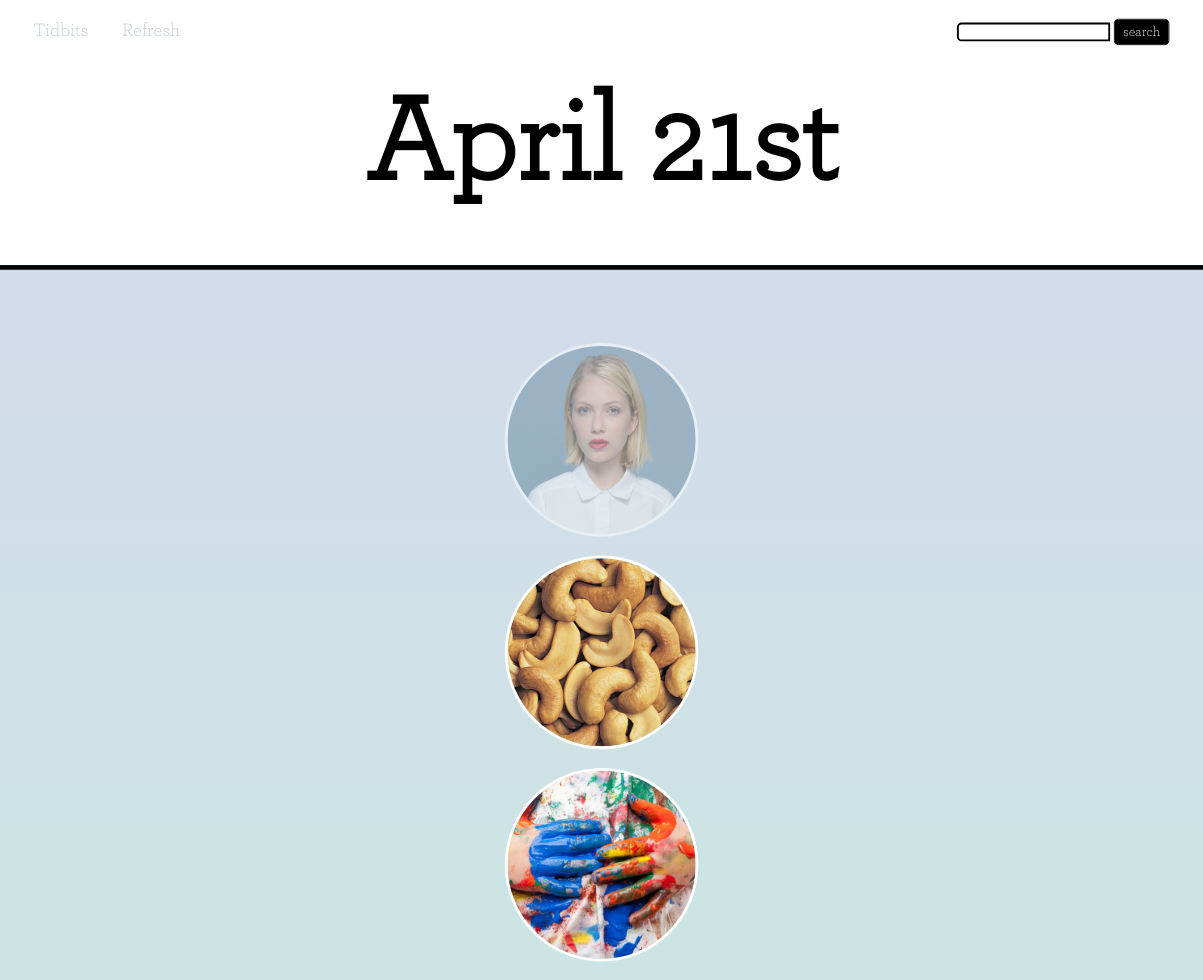
Repository: kklasmei/kklasmei.github.io
Page: tidbits/april21.html
The author's editor kept a record of every edit. The page is drawn from the files as they stood at one moment, then again after the next edit.
The browser window is 1280 px wide. The pictures show the whole page, at 94% of full size.
The pointer rests on the first visible `#tavi`.

Above is the page before.

### tidbits/april21.html
<html>
    <head>
        <title>April 21</title>
        <link rel="stylesheet" href="tidbits.css">
        <link rel="stylesheet" href="jstyle.css"/>
  <meta charset="utf-8">
    </head>
    <body>
     <div id= "top">
         <div id="search">
		<form id="searchbody" method="get" action="home.html">
		        <input type="text" class="bar" maxlength="70">
		        <input type="submit" value="search" class="button">
		</form>
		    	<p1><a href="home.html">Tidbits</a></p1>
		    	<p1><a href="april21.html">Refresh</a></p1>

	<div class="tfclear"></div>
	</div>
        <h1> April 21st </h1>
        <br>
        <br>
        <br>
        <hr>
        </div>
    	<br>

        <div class="imgs">
        </div>

    <div id= "tavitext">
        <p1>happy birthday</p1>
    </div>

    <script src="jquery.js"></script>
    <script src="script.js"></script>
    </body>
</html>

### tidbits/tidbits.css
@font-face {
  font-family: 'Archer-Light';
  src: url('Archer-Light/Archer-Light.eot?#iefix') format('embedded-opentype'),  url('Archer-Light/Archer-Light.otf')  format('opentype'),
	     url('Archer-Light/Archer-Light.woff') format('woff'), url('Archer-Light/Archer-Light.ttf')  format('truetype'), url('Archer-Light/Archer-Light.svg#Archer-Light') format('svg');
  font-weight: normal;
  font-style: normal;
}

h1 {
    text-align: center;
    font-size: 130px;
    padding-top: 10;
    margin-bottom: -10;
    margin-top: 0;
    font-family: 'Archer-Light';
    color: #000;
    cursor: default;
}

h2 {
    text-align: center;
    font-size: 14;
    font-family: 'Archer-Light';
    padding-bottom: 8;
    padding-top: -40;
    margin: 0;
    cursor: default;
}

body {
    margin: 0;
    padding: 0;
 background-image: no-repeat -webkit-gradient(linear, 0 0, 0 100%, from(#d6d7ed), to(#cbe5e3)) fixed center;
 background-image: -webkit-linear-gradient(#d6d7ed, #cbe5e3) fixed center;
 background-image: linear-gradient(#d6d7ed, #cbe5e3);
    background-repeat: no-repeat, no-repeat, no-repeat;
    background-position: center;
}


hr {
    margin-bottom: 40;
    width: 100%;
    color: #000;
    display: block;
    height: 5px;
    background-color: black;
    border: none;
}

#submit {
    text-align: center;
    border-radius: 8px;
}


.month, .day {
    display: inline;
}

.date {
    text-align: center;
}

#searchbody {
	float: right;
	padding-right: 2%;
	padding-top: 20px;
	margin-right: 10px;
}

option {
    font-size: 30px;
}

.bar {
		margin: 0;
		padding: 1px 10px;
		font-family: 'Archer-Light';
		font-size: 12px;
		border: 2px solid #000;
		border-right: -7px;
		border-top-left-radius: 5px 5px;
		border-bottom-left-radius: 5px 5px;
		background-color: transparent;
}

.bar:focus {
    outline: none;
}

.button {
		margin: 0;
		font-family: 'Archer-Light';
		cursor: pointer;
		text-align: center;
		outline: none;
		color: #fff;
		border: solid 1px #000;
		background: #99c7c8;
		background: -webkit-gradient(linear, left top, left bottom, from(#000), to(#000));
		background: -moz-linear-gradient(top,  #cbe5e3,  #cbe5e3);
		border-top-right-radius: 5px 5px;
		border-bottom-right-radius: 5px 5px;
		border-top-left-radius: 5px 5px;
		border-bottom-left-radius: 5px 5px;
	}

input[value="view gallery"] {
    font-size: 20px;
	padding: 8px 12px;

}

input[value="search"] {
    font-size: 15px;
    padding: 4px 9px;
}

	.tfbutton:hover {
		text-decoration: none;
		background: #99c7c8;
		background: -webkit-gradient(linear, left top, left bottom, from(#99c7c8), to(#99c7c8));
		background: -moz-linear-gradient(top,  #99c7c8,  #99c7c8);
	}
	/* Fixes submit button height problem in Firefox */
	.tfbutton::-moz-focus-inner {
	  border: 0;
	}
	.tfclear{
		clear:both;
	}

p1 {
    font-family: 'Archer-Light';
    float: left;
    font-size: 20;
    padding-top: 20px;
    margin-left: 10px;
    padding-left: 2%;
    opacity: .6;
    background-color: #565656;
    color: transparent;
    text-shadow: 0px 2px 3px rgba(167,219,219,.5);
  -webkit-background-clip: text;
     -moz-background-clip: text;
          background-clip: text;
}

p1, #searchbody {
    display: inline;
}

.imgs {
     display: block;
     margin-left: auto;
     margin-right: auto;
}

.month select {
  background: #fff;
  width: 275px;
  height: 60px;
  font-family: 'Archer-Light';
  padding-left: 15px;
  font-size: 40px;
	border: 2px solid #000;   border-radius: 10;
  -webkit-appearance: none;
  color: #000;
  cursor: pointer;
}

.month {
  width: 140px;
  height: 64px;
  overflow: hidden;
  /*background: url("imgs/triangle.png") no-repeat right #fff;*/
  border: 0px solid #000;
  border-radius: 4px;
  cursor: pointer;
  padding-right: 10;
}

.day select {
  background: #fff;
  width: 95px;
  height: 60px;
  font-family: 'Archer-Light';
  padding-left: 15px;
  font-size: 40px;
	border: 2px solid #000;   border-radius: 10;
  -webkit-appearance: none;
  color: #000;
  cursor: pointer;
}

.day {
  width: 140px;
  height: 64px;
  overflow: hidden;
  background: url("imgs/triangle.png") no-repeat right #fff;
  border: 0px solid #000;
  border-radius: 4px;
}

a:link {
    opacity: .6;
    background-color: #565656;
    color: transparent;
    text-decoration: none;
    text-shadow: 0px 2px 3px rgba(167,219,219,.5);
  -webkit-background-clip: text;
     -moz-background-clip: text;
    background-clip: text;
}

a:visited {
    opacity: .6;
    background-color: #565656;
    color: transparent;
    text-decoration: none;
    text-shadow: 0px 2px 3px rgba(167,219,219,.5);
  -webkit-background-clip: text;
     -moz-background-clip: text;
    background-clip: text;
}

a:hover {
    opacity: .6;
    background-color: #99c7c8;
    color: transparent;
    text-decoration: none;
    text-shadow: 0px 2px 3px rgba(167,219,219,.5);
  -webkit-background-clip: text;
     -moz-background-clip: text;
    background-clip: text;
}

a:active {
    opacity: .6;
    background-color: #565656;
    color: transparent;
    text-decoration: none;
    text-shadow: 0px 2px 3px rgba(167,219,219,.5);
  -webkit-background-clip: text;
     -moz-background-clip: text;
    background-clip: text;
}

#top {
    background-color: #fff;
}


#tavi {
  border-radius: 50%;
  border-color: #fff;
  border-style: solid;
  margin: 20px;
  display: block;
    margin-left: auto;
    margin-right: auto;
}

#tavi:hover {
    opacity: .5;
    }

#library {
  border-radius: 50%;
  border-color: #fff;
  border-style: solid;
  margin: 20px;
  display: block;
    margin-left: auto;
    margin-right: auto;
}


#worldsfair {
  border-radius: 50%;
  border-color: #fff;
  border-style: solid;
  margin: 20px;
  display: block;
    margin-left: auto;
    margin-right: auto;
}

#worldsfair:hover {
    opacity: .5;
    }

#kinder{
  border-radius: 50%;
  border-color: #fff;
  border-style: solid;
  margin: 20px;
  display: block;
    margin-left: auto;
    margin-right: auto;
}


#cashews {
  border-radius: 50%;
  border-color: #fff;
  border-style: solid;
  margin: 20px;
  display: block;
    margin-left: auto;
    margin-right: auto;
}

#textcontent {
    display: table-cell;
    opacity: 0;
}

#textcontent:hover {
    opacity: 1;
}

.myArray {
    display: block;
    margin-left: auto;
    margin-right: auto;
}

### tidbits/jstyle.css
.hidden {
    display: none !important;
    visibility: hidden;
}

### tidbits/script.js
/*var clicked = false;


$ ( "#toggle" ).click(function() {
if (clicked == false) {
    $( "#status" ).html( "GO" );
    $( "#status" ).css({"background-color" : "lime"});
    $( "#toggle").html("Stop");
    $( "#status" ).mousemove(function() {
        $( "#cat" ).show () });
    clicked = true
} else {
    $( "#status" ).html( "STOP" );
    $( "#status" ).css({"background-color" : "red"});
    $( "#toggle").html("Start");
    $( "#status" ).html(function() {
        $( "#cat").remove () });
    clicked  = false
}

});

*/

var myArray = ['<img id="tavi" src="imgs/tavi.jpg" data-alt-src="himgs/tavi.jpg" class="tavi" height="200" width="200">', '<img id="worldsfair" src="imgs/worldsfair.jpg" class="worldsfair" height="200" width="200">', '<img id="library" src="imgs/library.jpg" class="library" height="200" width="200">', '<img id="kinder" src="imgs/kinder.jpg" class="kinder" height="200" width="200">', '<img id="cashews" src="imgs/cashews.jpg" data-alt-src="himgs/cashews.jpg" class="cashews" height="200" width="200">'];

for (var i=0; i < 3; i++) {

    var imgtoappend = Math.floor(Math.random() * myArray.length);
    console.log("imgtoappend = " + imgtoappend);
    console.log("APPEND THIS IMAGE: " + myArray[imgtoappend]);
    $(".imgs").append(myArray[imgtoappend]);
        console.log(myArray);
    myArray.splice(imgtoappend, 1);
        console.log(myArray);
}

$( "#tavitext" ) .remove ();


var sourceSwap = function () {
    var $this = $(this);
    var newSource = $this.data('alt-src');
    $this.data('alt-src', $this.attr('src'));
    $this.attr('src', newSource);
}

$(function () {
    $('img.cashews').hover(sourceSwap, sourceSwap);
});

$(function () {
    $('img.tavi').hover(sourceSwap, sourceSwap);
});

Loaded but not shown: tidbits/jquery.js (library)

After the next edit:
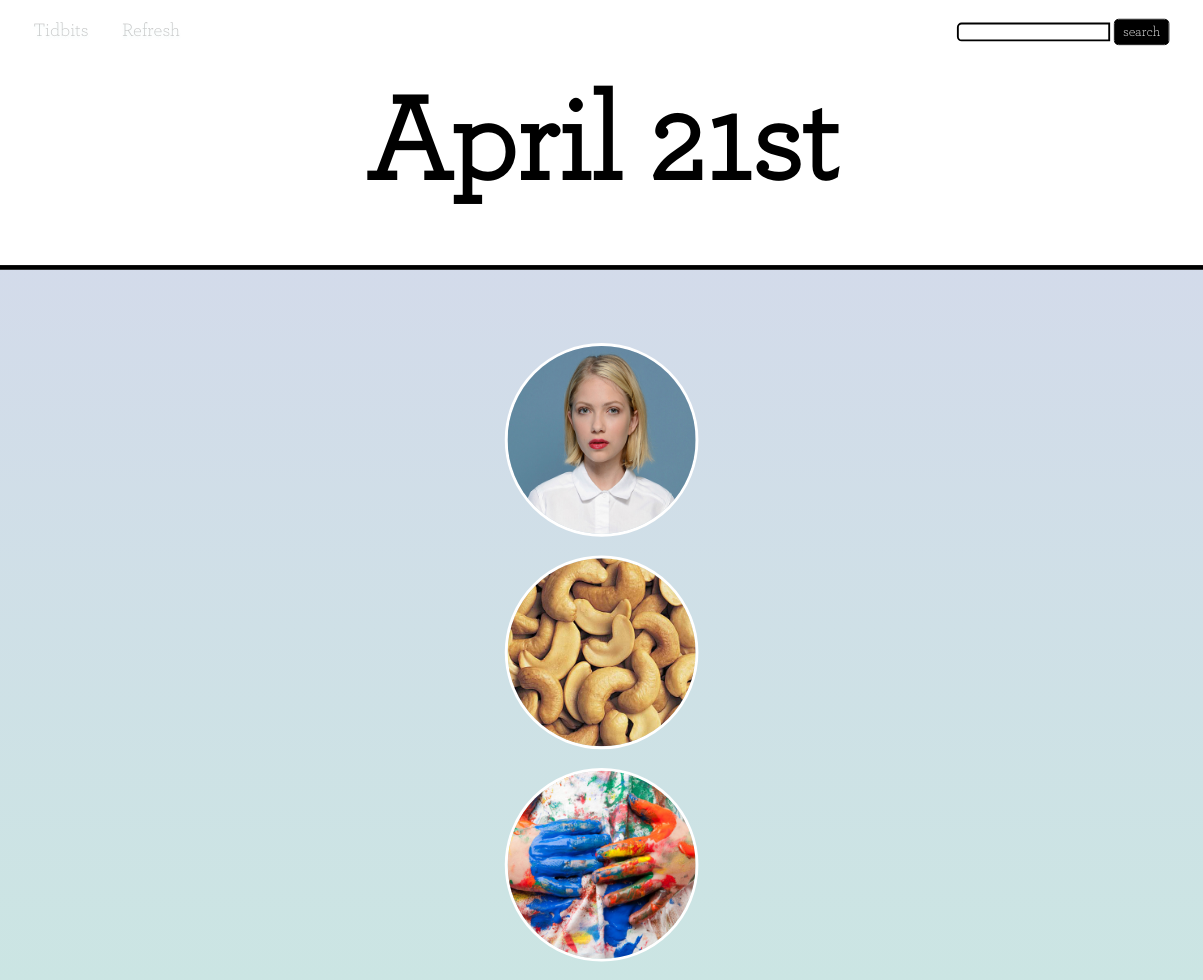
The edit:
--- a/tidbits/tidbits.css
+++ b/tidbits/tidbits.css
@@ -262,9 +262,6 @@
     margin-right: auto;
 }
 
-#tavi:hover {
-    opacity: .5;
-    }
 
 #library {
   border-radius: 50%;
